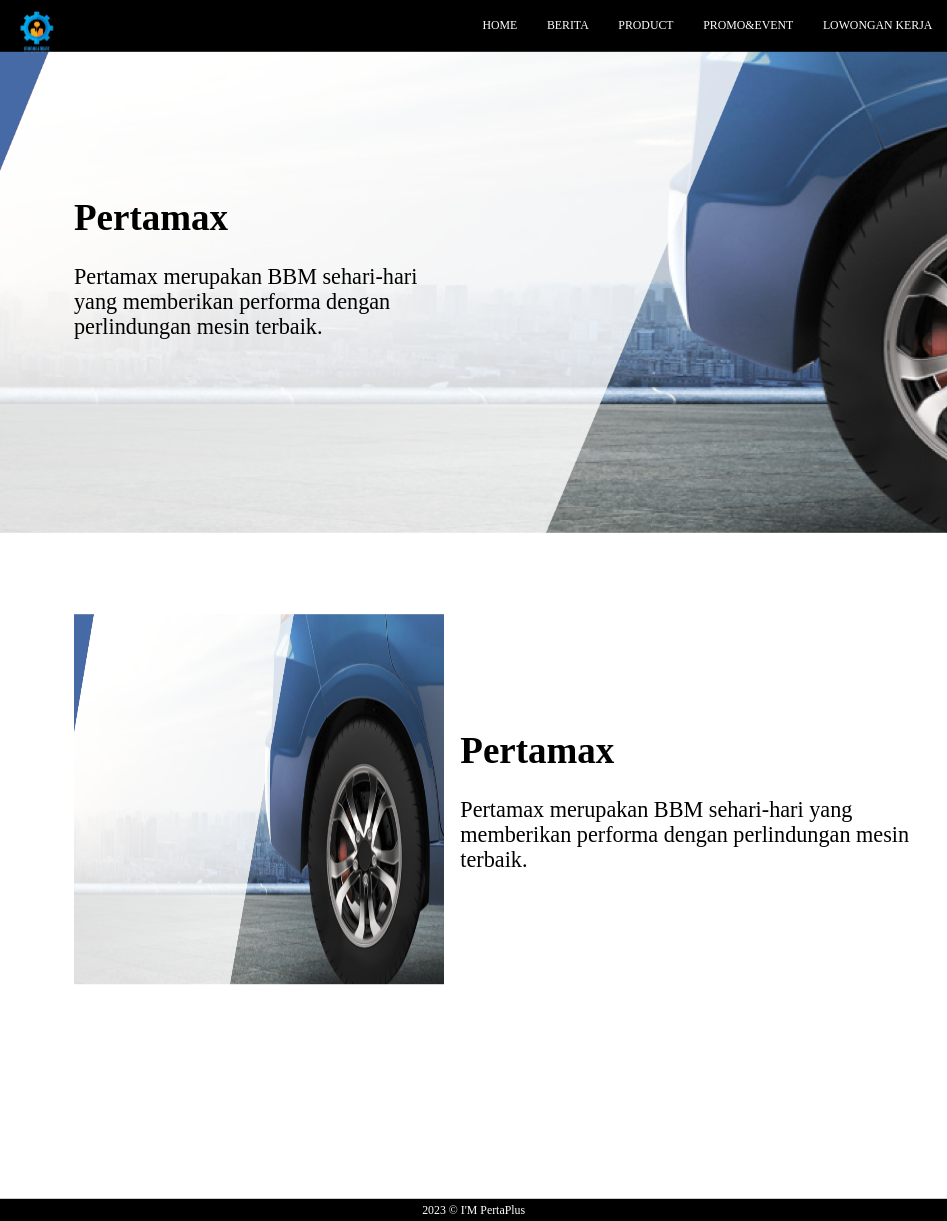
Repository: rizalardi34/project-mypertaplus
Page: pertamax.html
The author's editor kept a copy of each file at every save. The page is drawn from the files as they stood at one save, then again after the next save.
The browser window is 1280 px wide. The pictures show the whole page, at 74% of full size.

Above is the page before, as saved 2023-04-25 13:13:48.

After the next save:
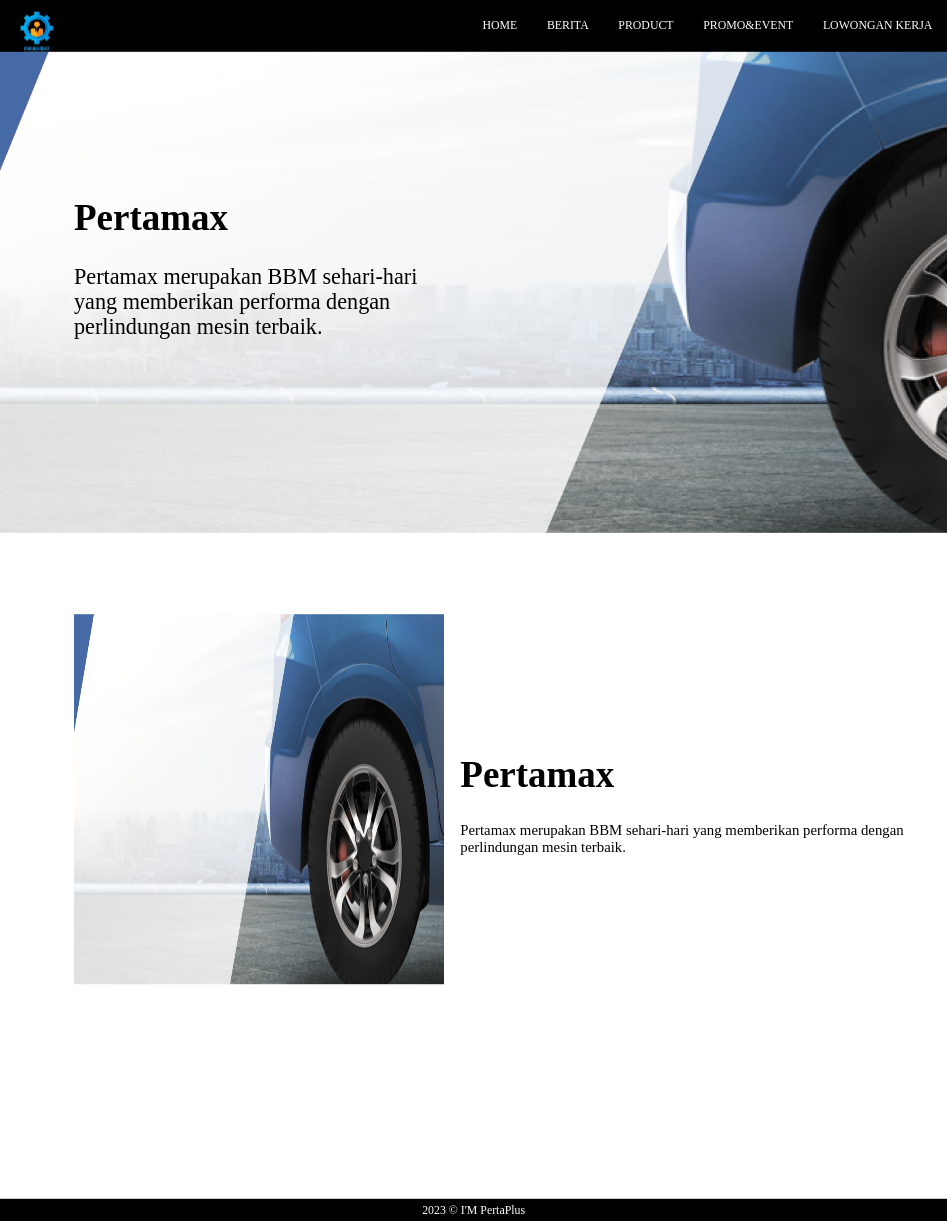
Saved 10 s later.
--- a/pertamax.html
+++ b/pertamax.html
@@ -32,7 +32,7 @@
                 </div>
                 <div style="width: 60%;">
                     <h1 style=" font-size: 50px; ">Pertamax</h1>
-                    <p style=" font-size: 30px; ">Pertamax merupakan BBM sehari-hari yang memberikan performa dengan perlindungan mesin terbaik.</p>
+                    <p style=" font-size: 20px; ">Pertamax merupakan BBM sehari-hari yang memberikan performa dengan perlindungan mesin terbaik.</p>
                 </div>
             </div>
             <div style="margin-top: 25vh;background-color: black;height: 30px;display: flex;justify-content: center;align-items: center;color: white;">
